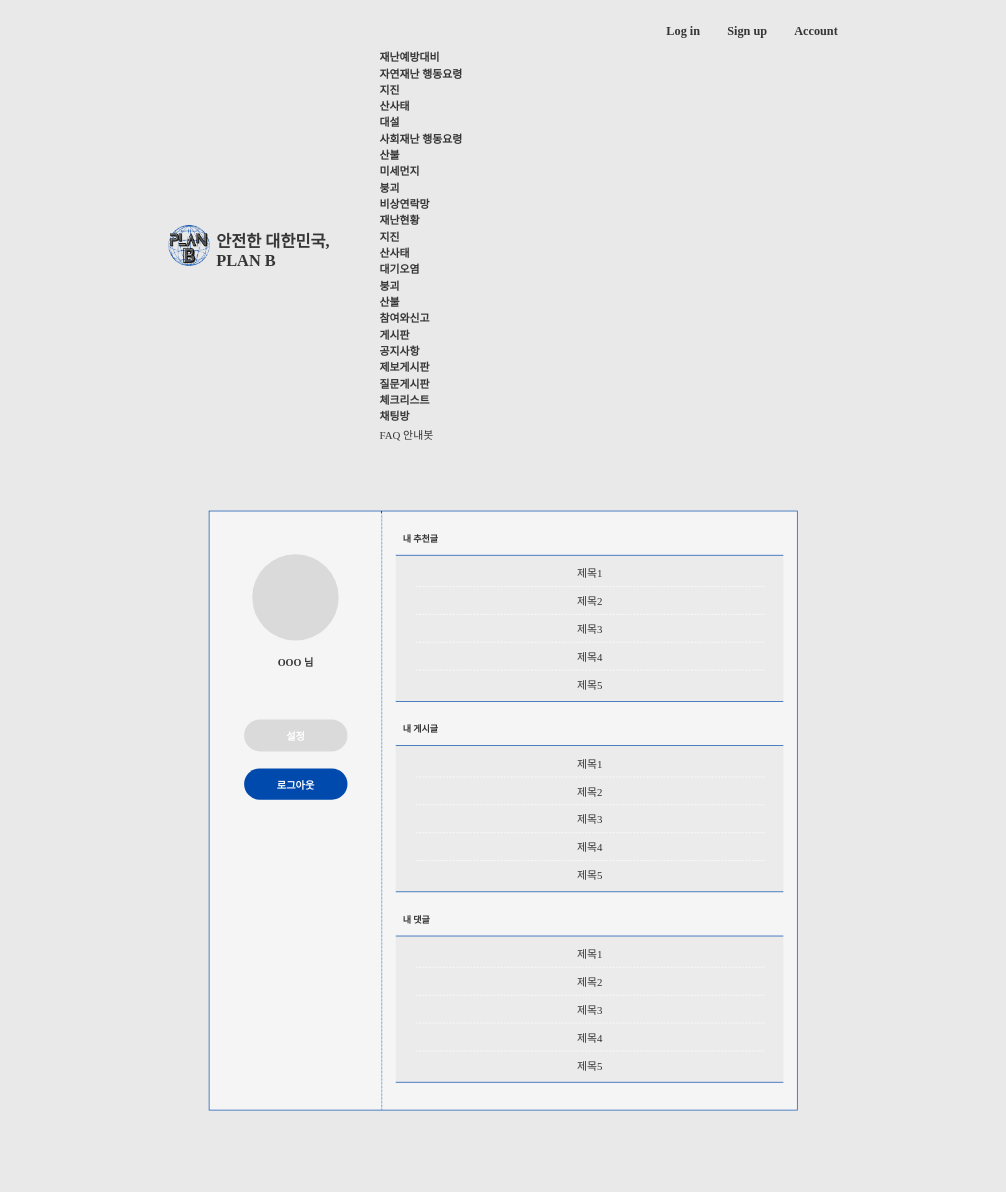
Repository: finalteam4/final
Page: http://localhost/member/account
An editor plug-in stored every save of this project. The page is shown before and after the next save, followed by the edit.
The browser window is 1280 px wide. The page is 1480 px wide, so the pictures cover 1480 px, including what lies to the right of the window. The pictures show the whole page, at 68% of full size.
The page is this project's Thymeleaf template; nobody is signed in. The template is opened directly, without the code that normally fills it, so the values that code supplies are empty.

Above is the page before, as saved 2024-02-08 03:17:42.

After the next save:
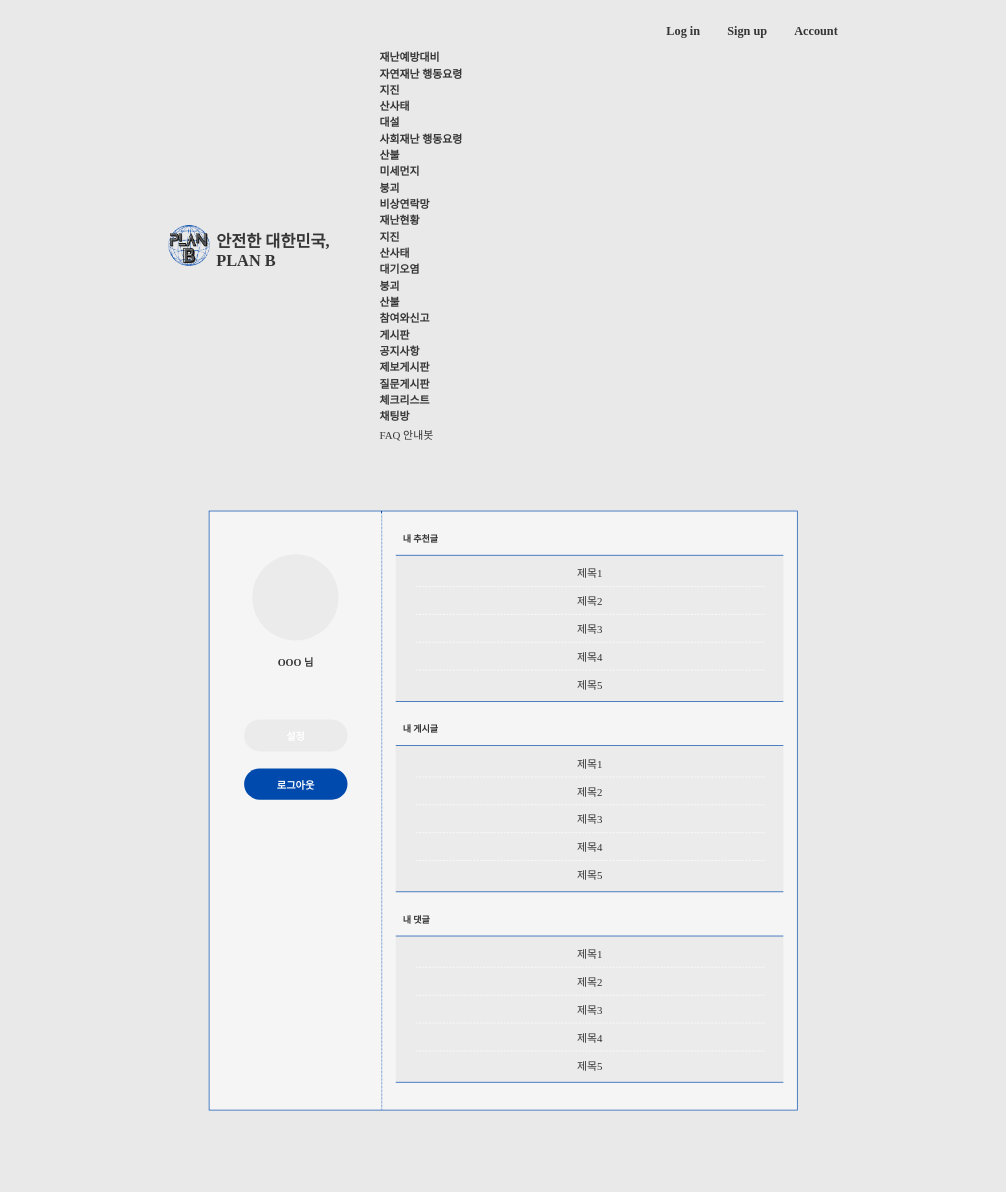
Saved 26 s later.
--- a/final/src/main/resources/static/css/style.css
+++ b/final/src/main/resources/static/css/style.css
@@ -197,7 +197,7 @@
     width: 50%;
     aspect-ratio: 1 / 1;
     margin: 20px auto;
-    background-color: #dadada;
+    background-color: #ebebeb;
     border-radius: 50%;
     margin-top: 25%;
   }
@@ -216,7 +216,7 @@
     font-weight: bold;
   }
   #left #modify{
-    background-color: #dadada;
+    background-color: #ebebeb;
     font-size: 15px;
   }
   #left #logout{

After the save that followed:
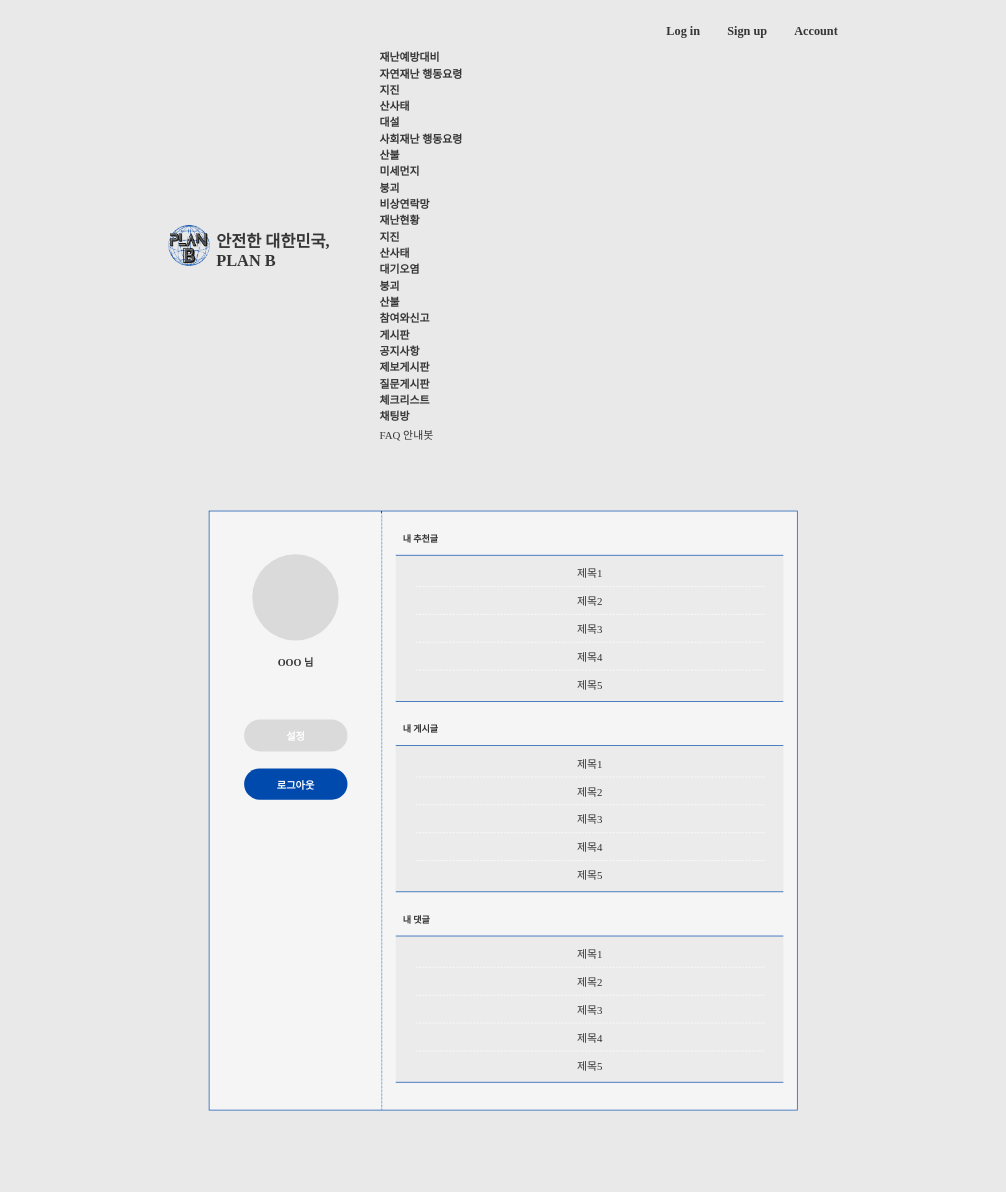
Saved 6 s later.
--- a/final/src/main/resources/static/css/style.css
+++ b/final/src/main/resources/static/css/style.css
@@ -197,7 +197,7 @@
     width: 50%;
     aspect-ratio: 1 / 1;
     margin: 20px auto;
-    background-color: #ebebeb;
+    background-color: #dadada;
     border-radius: 50%;
     margin-top: 25%;
   }
@@ -216,7 +216,7 @@
     font-weight: bold;
   }
   #left #modify{
-    background-color: #ebebeb;
+    background-color: #dadada;
     font-size: 15px;
   }
   #left #logout{
